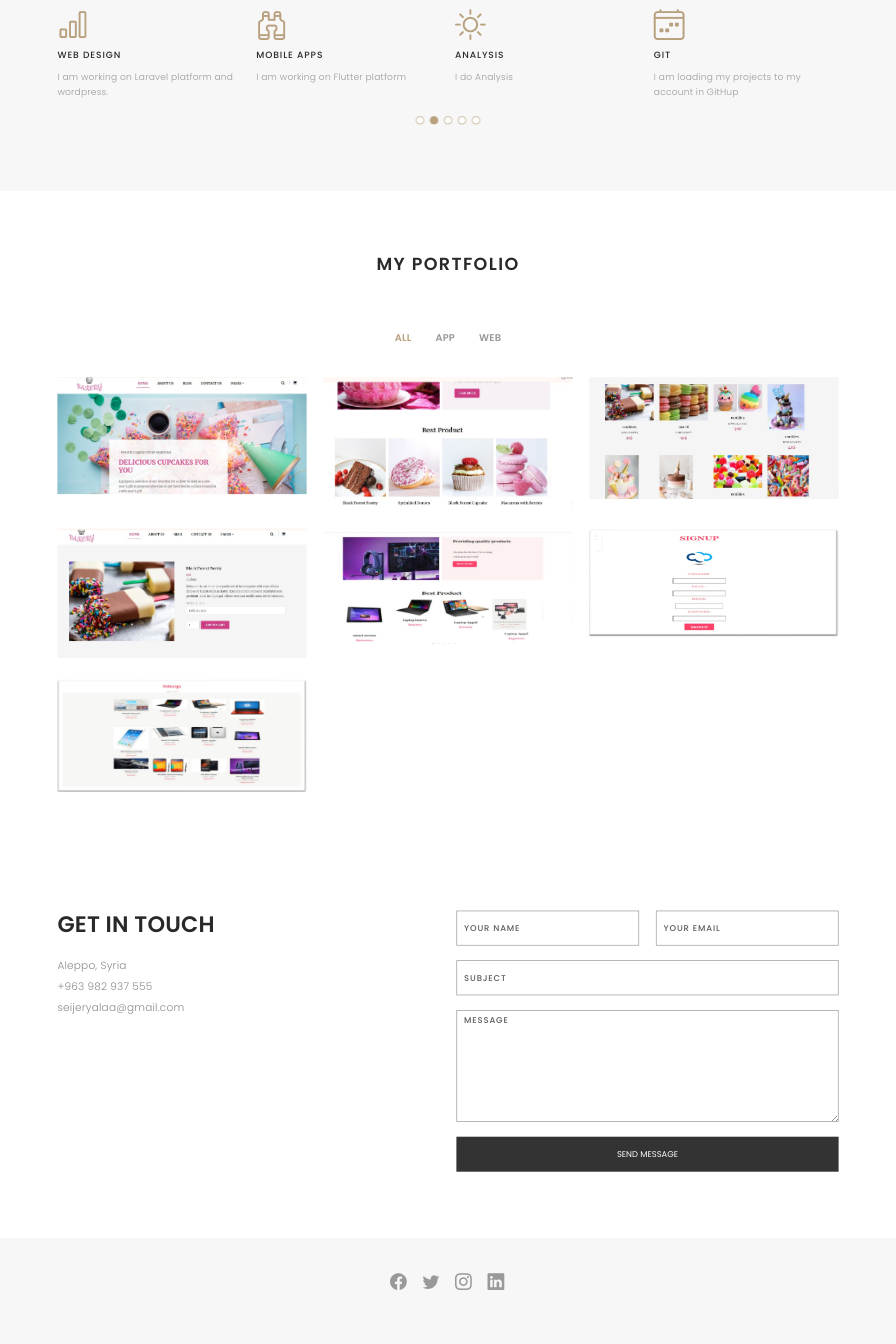
Repository: AlaaBashirSaijary/Library
Page: http://localhost/home
The author's editor kept a copy of each file at every save. The page is drawn from the files as they stood at one save, then again after the next save.
The browser window is 1280 px wide. The pictures show the part of the page from y = 1327 to 3247 px (the page is 3247 px tall), at 70% of full size.
Some web fonts or font styles are not loaded; a fallback is used. The page is served by the project's Laravel application, run on PHP 8.4 with Laravel 10. Other server files are loaded and not shown.

Above is the page before, as saved 2024-01-07 11:46:38.

### routes/web.php
<?php
use App\Http\Controllers\PagesController;
use Illuminate\Support\Facades\Route;

/*
|--------------------------------------------------------------------------
| Web Routes
|--------------------------------------------------------------------------
|
| Here is where you can register web routes for your application. These
| routes are loaded by the RouteServiceProvider and all of them will
| be assigned to the "web" middleware group. Make something great!
|
*/

Route::get('/', function () {
    return view('welcome');
});
// Route::get('/home', function () {
//     return view('pages.home');
// });

Route::get('/singgle', function () {
    return view('pages.blog-single');
});
Route::get('/details', function () {
    return view('pages.portfolio-details');
});
Route::get(
    '/home',
    [PagesController::class, 'getHome']
)->name("Home");
Route::get(
    '/details',
    [PagesController::class, 'getdetails']
)->name("Details");
Route::get(
    '/blog',
    [PagesController::class, 'getblog']
)->name("Blog");

### app/Http/Controllers/PagesController.php
<?php

namespace App\Http\Controllers;

use Illuminate\Http\Request;
use App\Models\Contact;
class PagesController extends Controller
{
    //
    public function getHome(){
        return view("pages.home");
    }
    public function getdetails(){
        return view("pages.portfolio-details");
    }

public function getblog(){

        return view("pages.blog-single");
    }

    public function storeComment(Request $requst){
        //dd($requst);
        $comment=new Contact;
        $validated = $requst->validate([
            'email' => 'required|max:255',

        ]);
        $comment->name=$requst->name;

        $comment->email=$requst->email;
        $comment->message=$requst->message;
        $comment->save();
        return redirect("/comment");
    }
}

### resources/views/pages/home.blade.php
@extends("master.app")

@section("content")
  <!-- ======= Hero Section ======= -->
  <div id="hero" class="home">

    <div class="container">
      <div class="hero-content">
        <h1>I'm <span class="typed" data-typed-items="Alaa Saijary,Website  Developer ,Website Tester,Mobile App Developer , Freelancer, Writer"></span></h1>
        <p>Website  Developer ,Website Tester,Mobile App Developer , Freelancer, Writer</p>

        <ul class="list-unstyled list-social">
          <li><a href="#"><i class="bi bi-facebook"></i></a></li>
          <li><a href="#"><i class="bi bi-twitter"></i></a></li>
          <li><a href="#"><i class="bi bi-instagram"></i></a></li>
          <li><a href="#"><i class="bi bi-linkedin"></i></a></li>
        </ul>
      </div>
    </div>
  </div><!-- End Hero -->

  <main id="main">

    <!-- ======= About Section ======= -->
    <div id="about" class="paddsection">
      <div class="container">
        <div class="row justify-content-between">

          <div class="col-lg-4 ">
            <div class="div-img-bg">
              <div class="about-img">
                <img src="{{ asset('img/me.jpg') }}" class="img-responsive" alt="me">
              </div>
            </div>
          </div>

          <div class="col-lg-7">
            <div class="about-descr">

              <p class="p-heading">Im a person who is passionate about Software Development and I love Solving the Problems that I face during programming. </p>
              <p class="separator">I strive for the software to be safe for use by the User.</p>

            </div>

          </div>
        </div>
      </div>
    </div><!-- End About Section -->

    <!-- ======= Services Section ======= -->
    <div id="services">
      <div class="container">

        <div class="services-slider swiper" data-aos="fade-up" data-aos-delay="100">
          <div class="swiper-wrapper">

            <div class="swiper-slide">
              <div class="services-block">
                <i class="bi bi-briefcase"></i>
                <span>Python Project</span>
                <p class="separator">I am programming in python. </p>
              </div>
            </div><!-- End testimonial item -->



            <div class="swiper-slide">
              <div class="services-block">
                <i class="bi bi-bar-chart"></i>
                <span>WEB DESIGN</span>
                <p class="separator">I am working on Laravel platform and wordpress.</p>
              </div>
            </div><!-- End testimonial item -->

            <div class="swiper-slide">
              <div class="services-block">
                <i class="bi bi-binoculars"></i>
                <span>MOBILE APPS</span>
                <p class="separator">I am working on Flutter platform </p>
              </div>
            </div><!-- End testimonial item -->

            <div class="swiper-slide">
              <div class="services-block">
                <i class="bi bi-brightness-high"></i>
                <span>Analysis</span>
                <p class="separator">I do  Analysis  </p>
              </div>
            </div><!-- End testimonial item -->

            <div class="swiper-slide">
              <div class="services-block">
                <i class="bi bi-calendar4-week"></i>
                <span>Git</span>
                <p class="separator">I am loading my projects to my account in GitHup </p>
              </div>
            </div><!-- End testimonial item -->

          </div>
          <div class="swiper-pagination"></div>
        </div>

      </div>

    </div><!-- End Services Section -->

    <!-- ======= Portfolio Section ======= -->
    <div id="portfolio" class="paddsection">

      <div class="container">
        <div class="section-title text-center">
          <h2>My Portfolio</h2>
        </div>
      </div>

      <div class="container">

        <div class="row">
          <div class="col-lg-12 d-flex justify-content-center">
            <ul id="portfolio-flters">
              <li data-filter="*" class="filter-active">All</li>
              <li data-filter=".filter-app">App</li>
              <li data-filter=".filter-web">Web</li>
            </ul>
          </div>
        </div>

        <div class="row portfolio-container">

          <div class="col-lg-4 col-md-6 portfolio-item filter-app">
            <img src="{{ asset('img/portfolio/portfolio-1.jpg') }}" class="img-fluid" alt="">
            <div class="portfolio-info">
              {{-- <h4>App 1</h4> --}}
              <p>Web</p>
              <a href="{{ asset('img/portfolio/portfolio-1.jpg') }}" data-gallery="portfolioGallery" class="portfolio-lightbox preview-link" title="App"><i class="bx bx-plus"></i></a>
              <a href='{{ route("Details") }}'  class="details-link" title="More Details"><i class="bx bx-link"></i></a>
            </div>
          </div>

          <div class="col-lg-4 col-md-6 portfolio-item filter-web">
            <img src="{{ asset('img/portfolio/portfolio-2.jpg') }}" class="img-fluid" alt="">
            <div class="portfolio-info">
              {{-- <h4>Web 3</h4> --}}
              <p>Web</p>
              <a href="{{ asset('img/portfolio/portfolio-2.jpg') }}" data-gallery="portfolioGallery" class="portfolio-lightbox preview-link" title="Web"><i class="bx bx-plus"></i></a>
              <a href='{{ route("Details") }}' class="details-link" title="More Details"><i class="bx bx-link"></i></a>
            </div>
          </div>

          <div class="col-lg-4 col-md-6 portfolio-item filter-app">
            <img src="{{ asset('img/portfolio/portfolio-3.jpg') }}" class="img-fluid" alt="">
            <div class="portfolio-info">
              {{-- <h4>App 2</h4> --}}
              <p>Web</p>
              <a href="{{ asset('img/portfolio/portfolio-3.jpg') }}" data-gallery="portfolioGallery" class="portfolio-lightbox preview-link" title="App"><i class="bx bx-plus"></i></a>
              <a href='{{ route("Details") }}'  class="details-link" title="More Details"><i class="bx bx-link"></i></a>
            </div>
          </div>

          <div class="col-lg-4 col-md-6 portfolio-item filter-card">
            <img src="{{ asset('img/portfolio/portfolio-4.jpg') }}" class="img-fluid" alt="">
            <div class="portfolio-info">
              {{-- <h4>Card 2</h4> --}}
              <p>Web</p>
              <a href="{{ asset('img/portfolio/portfolio-4.jpg') }}" data-gallery="portfolioGallery" class="portfolio-lightbox preview-link" title="Web"><i class="bx bx-plus"></i></a>
              <a href='{{ route("Details") }}'  class="details-link" title="More Details"><i class="bx bx-link"></i></a>
            </div>
          </div>

          <div class="col-lg-4 col-md-6 portfolio-item filter-web">
            <img src="{{ asset('img/portfolio/portfolio-5.jpg') }}" class="img-fluid" alt="">
            <div class="portfolio-info">
              <h4>Web </h4>
              <p>Web</p>
              <a href="{{ asset('img/portfolio/portfolio-5.jpg') }}" data-gallery="portfolioGallery" class="portfolio-lightbox preview-link" title="Web"><i class="bx bx-plus"></i></a>
              <a href='{{ route("Details") }}'  class="details-link" title="More Details"><i class="bx bx-link"></i></a>
            </div>
          </div>

          <div class="col-lg-4 col-md-6 portfolio-item filter-app">
            <img src="{{ asset('img/portfolio/portfolio-6.jpg') }}" class="img-fluid" alt="">
            <div class="portfolio-info">
              <h4>App </h4>
              <p>App</p>
              <a href="{{ asset('img/portfolio/portfolio-6.jpg') }}" data-gallery="portfolioGallery" class="portfolio-lightbox preview-link" title="App"><i class="bx bx-plus"></i></a>
              <a href='{{ route("Details") }}'  class="details-link" title="More Details"><i class="bx bx-link"></i></a>
            </div>
          </div>
          <div class="col-lg-4 col-md-6 portfolio-item filter-app">
            <img src="{{ asset('img/portfolio/portfolio-7.jpg') }}" class="img-fluid" alt="">
            <div class="portfolio-info">
              <h4>Web </h4>
              <p>Web</p>
              <a href="{{ asset('img/portfolio/portfolio-7.jpg') }}" data-gallery="portfolioGallery" class="portfolio-lightbox preview-link" title="ًWeb"><i class="bx bx-plus"></i></a>
              <a href='{{ route("Details") }}'  class="details-link" title="More Details"><i class="bx bx-link"></i></a>
            </div>
          </div>

        </div>

      </div>

    </div><!-- End Portfolio Section -->



    <!-- ======= Contact Section ======= -->
    <div id="contact" class="paddsection">
      <div class="container">
        <div class="contact-block1">
          <div class="row">

            <div class="col-lg-6">
              <div class="contact-contact">

                <h2 class="mb-30">GET IN TOUCH</h2>

                <ul class="contact-details">
                  <li><span>Aleppo, Syria</span></li>
                  <li><span>+963 982 937 555</span></li>
                  <li><span>seijeryalaa@gmail.com</span></li>
                </ul>

              </div>
            </div>

            <div class="col-lg-6">
              <form action="forms/contact.php" method="post" role="form" class="php-email-form">
                <div class="row gy-3">

                  <div class="col-lg-6">
                    <div class="form-group contact-block1">
                      <input type="text" name="name" class="form-control" id="name" placeholder="Your Name" required>
                    </div>
                  </div>

                  <div class="col-lg-6">
                    <div class="form-group">
                      <input type="email" class="form-control" name="email" id="email" placeholder="Your Email" required>
                    </div>
                  </div>

                  <div class="col-lg-12">
                    <div class="form-group">
                      <input type="text" class="form-control" name="subject" id="subject" placeholder="Subject" required>
                    </div>
                  </div>

                  <div class="col-lg-12">
                    <div class="form-group">
                      <textarea class="form-control" name="message" placeholder="Message" required></textarea>
                    </div>
                  </div>

                  <div class="col-lg-12">
                    <div class="loading">Loading</div>
                    <div class="error-message"></div>
                    <div class="sent-message">Your message has been sent. Thank you!</div>
                  </div>

                  <div class="mt-0">
                    <input type="submit" class="btn btn-defeault btn-send" value="Send message">
                  </div>

                </div>
              </form>
            </div>
          </div>
        </div>
      </div>
    </div><!-- End Contact Section -->

  </main><!-- End #main -->

@endsection

### resources/views/master/app.blade.php
<!DOCTYPE html>
<html lang="en">

<head>
  <meta charset="utf-8">
  <meta content="width=device-width, initial-scale=1.0" name="viewport">

  <title>Alaa Saijary</title>
  <meta content="" name="description">
  <meta content="" name="keywords">

  <!-- Favicons -->
  <link href="{{ asset("img/favicon.png") }}" rel="icon">
  <link href="{{ asset("img/apple-touch-icon.png") }}" rel="apple-touch-icon">

  <!-- Google Fonts -->
  <link href="https://fonts.googleapis.com/css?family=Poppins:300,300i,400,400i,500,500i,600,600i,700,700i|Playfair+Display:400,400i,500,500i,600,600i,700,700i,900,900i" rel="stylesheet">

  <!-- Vendor CSS Files -->
  <link href='{{asset("vendor/bootstrap/css/bootstrap.min.css")  }}' rel="stylesheet">
  <link href='{{asset("vendor/bootstrap-icons/bootstrap-icons.css")  }}' rel="stylesheet">
  <link href='{{asset("vendor/boxicons/css/boxicons.min.css")  }}' rel="stylesheet">
  <link href='{{asset("vendor/glightbox/css/glightbox.min.css")  }}' rel="stylesheet">
  <link href='{{asset("vendor/swiper/swiper-bundle.min.css")  }}' rel="stylesheet">

  <!-- Template Main CSS File -->
  <link href='{{ asset("css/style.css") }}' rel="stylesheet">

  <!-- =======================================================
  * Template Name: Folio
  * Updated: Nov 17 2023 with Bootstrap v5.3.2
  * Template URL: https://bootstrapmade.com/folio-bootstrap-portfolio-template/
  * Author: BootstrapMade.com
  * License: https://bootstrapmade.com/license/
  ======================================================== -->
</head>

<body>


@include("master.header")
@yield("content")
@include("master.footer")


  <a href="#" class="back-to-top d-flex align-items-center justify-content-center"><i class="bi bi-arrow-up-short"></i></a>

  <!-- Vendor JS Files -->
  <script src='{{ asset("vendor/bootstrap/js/bootstrap.bundle.min.js") }}'></script>
  <script src='{{ asset("vendor/glightbox/js/glightbox.min.js") }}'></script>
  <script src='{{ asset("vendor/isotope-layout/isotope.pkgd.min.js") }}'></script>
  <script src='{{ asset("vendor/swiper/swiper-bundle.min.js") }}'></script>
  <script src='{{ asset("vendor/typed.js/typed.umd.js") }}'></script>
  <script src='{{ asset("vendor/php-email-form/validate.js") }}'></script>

  <!-- Template Main JS File -->
  <script src='{{ asset("js/main.js") }}'></script>

</body>

</html>

### resources/views/master/header.blade.php
  <!-- ======= Header ======= -->
  <header id="header" class="fixed-top ">
    <div class="container d-flex align-items-center justify-content-between">

      <a href='{{ route("Home") }}' class="logo"><img src="assets/img/logo.png" alt="" class="img-fluid"></a>
      <!-- Uncomment below if you prefer to use an text logo -->
      <!-- <h1 class="logo"><a href="index.html">Folio</a></h1> -->

      <nav id="navbar" class="navbar">
        <ul>
          <li><a class="nav-link scrollto active" href='{{ route("Home") }}'>Home</a></li>
          <li><a class="nav-link scrollto" href="{{ route("Home") }}">About</a></li>
          <li><a class="nav-link  scrollto" href="#portfolio">Portfolio</a></li>

          {{-- <li class="dropdown"><a href="#"><span>Drop Down</span> <i class="bi bi-chevron-down"></i></a>
            <ul>
              <li><a href="#">Drop Down 1</a></li>
              <li class="dropdown"><a href="#"><span>Deep Drop Down</span> <i class="bi bi-chevron-right"></i></a>
                <ul>
                  <li><a href="#">Deep Drop Down 1</a></li>
                  <li><a href="#">Deep Drop Down 2</a></li>
                  <li><a href="#">Deep Drop Down 3</a></li>
                  <li><a href="#">Deep Drop Down 4</a></li>
                  <li><a href="#">Deep Drop Down 5</a></li>
                </ul>
              </li>
              <li><a href="#">Drop Down 2</a></li>
              <li><a href="#">Drop Down 3</a></li>
              <li><a href="#">Drop Down 4</a></li>
            </ul>
          </li> --}}
          <li><a class="nav-link scrollto" href="#contact">Contact</a></li>
        </ul>
        <i class="bi bi-list mobile-nav-toggle"></i>
      </nav><!-- .navbar -->

    </div>
  </header><!-- End Header -->

### resources/views/master/footer.blade.php
<div id="footer" class="text-center">
    <div class="container">
      <div class="socials-media text-center">

        <ul class="list-unstyled">
          <li><a href="#"><i class="bi bi-facebook"></i></a></li>
          <li><a href="#"><i class="bi bi-twitter"></i></a></li>
          <li><a href="#"><i class="bi bi-instagram"></i></a></li>
          <li><a href="#"><i class="bi bi-linkedin"></i></a></li>
        </ul>

      </div>



      <div class="credits">
        <!--
        All the links in the footer should remain intact.
        You can delete the links only if you purchased the pro version.
        Licensing information: https://bootstrapmade.com/license/
        Purchase the pro version with working PHP/AJAX contact form: https://bootstrapmade.com/buy/?theme=Folio
      -->


    </div>
  </div><!-- End Footer -->

Loaded but not shown: app/Http/Controllers/Controller.php (common file); public/js/main.js (263 lines, source omitted); public/css/style.css (1546 lines, source omitted)

After the next save:
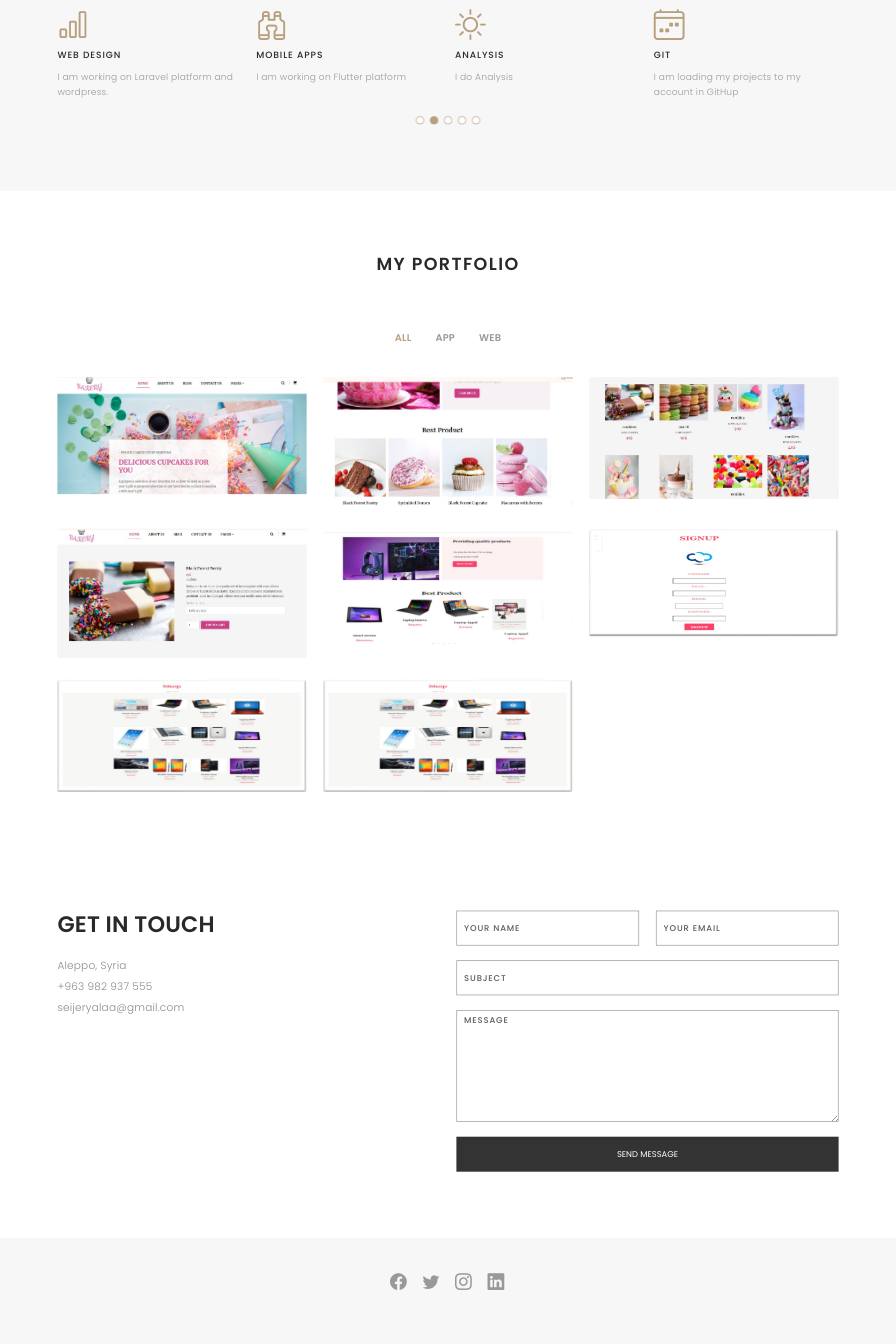
Saved 75 s later.
--- a/resources/views/pages/home.blade.php
+++ b/resources/views/pages/home.blade.php
@@ -195,6 +195,15 @@
               <a href='{{ route("Details") }}'  class="details-link" title="More Details"><i class="bx bx-link"></i></a>
             </div>
           </div>
+          <div class="col-lg-4 col-md-6 portfolio-item filter-app">
+            <img src="{{ asset('img/portfolio/portfolio-7.jpg') }}" class="img-fluid" alt="">
+            <div class="portfolio-info">
+              <h4>Web </h4>
+              <p>Web</p>
+              <a href="{{ asset('img/portfolio/portfolio-7.jpg') }}" data-gallery="portfolioGallery" class="portfolio-lightbox preview-link" title="ًWeb"><i class="bx bx-plus"></i></a>
+              <a href='{{ route("Details") }}'  class="details-link" title="More Details"><i class="bx bx-link"></i></a>
+            </div>
+          </div>
 
         </div>
 

After the save that followed:
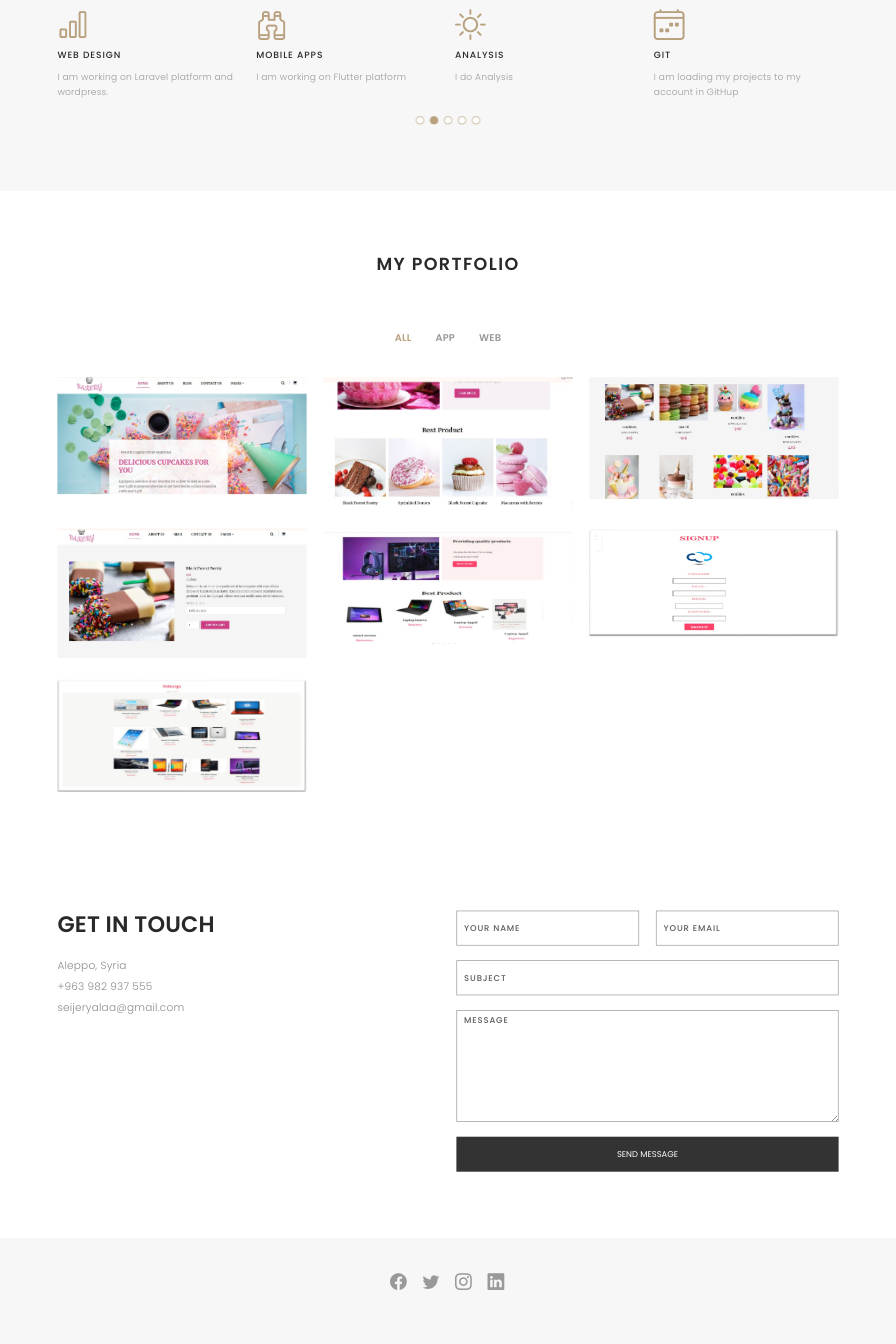
Saved 21 s later.
--- a/resources/views/pages/home.blade.php
+++ b/resources/views/pages/home.blade.php
@@ -195,15 +195,6 @@
               <a href='{{ route("Details") }}'  class="details-link" title="More Details"><i class="bx bx-link"></i></a>
             </div>
           </div>
-          <div class="col-lg-4 col-md-6 portfolio-item filter-app">
-            <img src="{{ asset('img/portfolio/portfolio-7.jpg') }}" class="img-fluid" alt="">
-            <div class="portfolio-info">
-              <h4>Web </h4>
-              <p>Web</p>
-              <a href="{{ asset('img/portfolio/portfolio-7.jpg') }}" data-gallery="portfolioGallery" class="portfolio-lightbox preview-link" title="ًWeb"><i class="bx bx-plus"></i></a>
-              <a href='{{ route("Details") }}'  class="details-link" title="More Details"><i class="bx bx-link"></i></a>
-            </div>
-          </div>
 
         </div>
 
